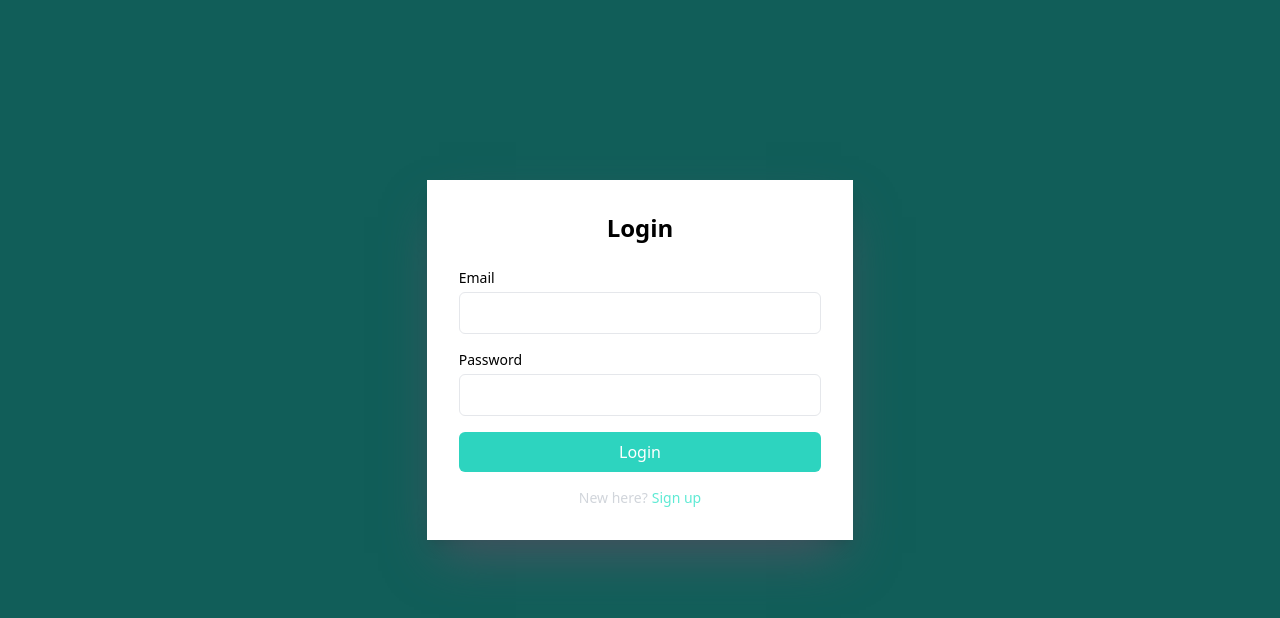
Repository: alizey12/POS-React-website
Page: /
The author's editor kept a copy of each file at every save. The page is drawn from the files as they stood at one save, then again after the next save.
The browser window is 1280 px wide. The pictures show the whole page.
The project was rebuilt for these pictures with package versions that can differ from the ones it lists, and the page was loaded fresh each time. Also part of the build but not shown: vite.config.js, src/navbar.jsx, src/sidebar.jsx, src/Dashboard.jsx.

Above is the page before, as saved 2024-12-30 22:56:23.

After the next save:
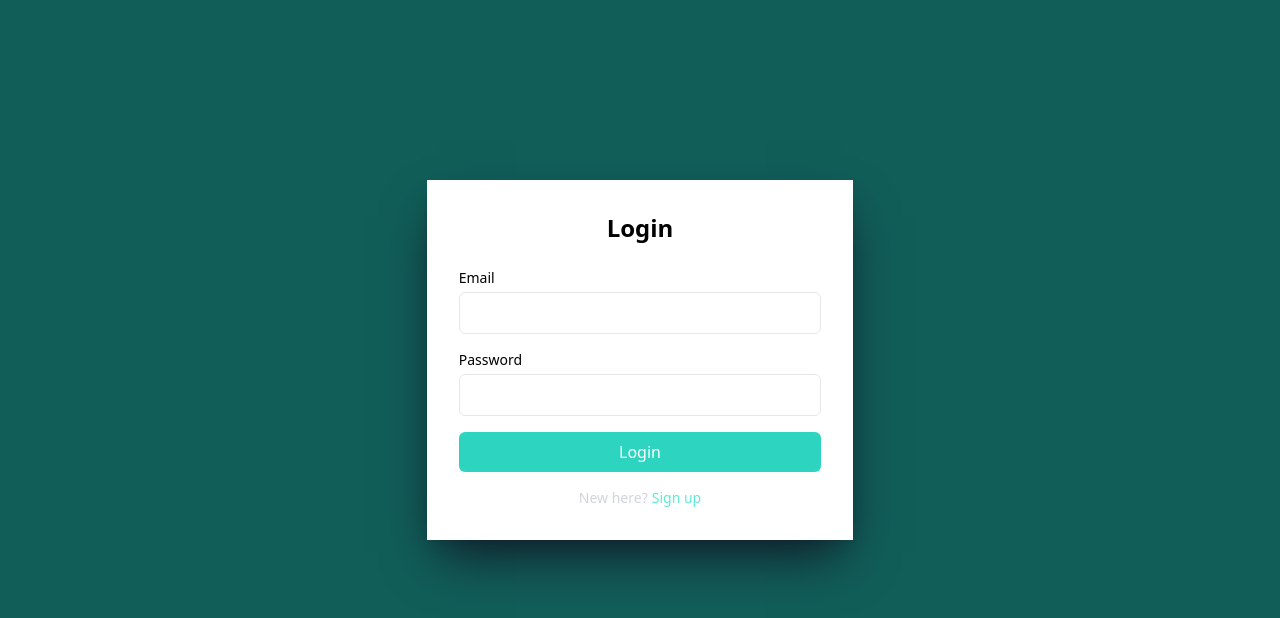
Saved 5 s later.
--- a/src/login.jsx
+++ b/src/login.jsx
@@ -56,7 +56,7 @@ const SignupLogin = () => {
     <div className="flex items-center justify-center min-h-screen  bg-teal-800 to-yellow-500">
       <div className=" bg-white w-1/3 shadow-lg rounded-lg">
 
-        <div className="w-full bg-white shadow-gray-600 shadow-2xl p-8 justify-center">
+        <div className="w-full bg-white shadow-gray-900 shadow-2xl p-8 justify-center">
           <h2 className="text-2xl font-bold text-center ">
             {isLogin ? 'Login' : 'Sign Up'}
           </h2>
